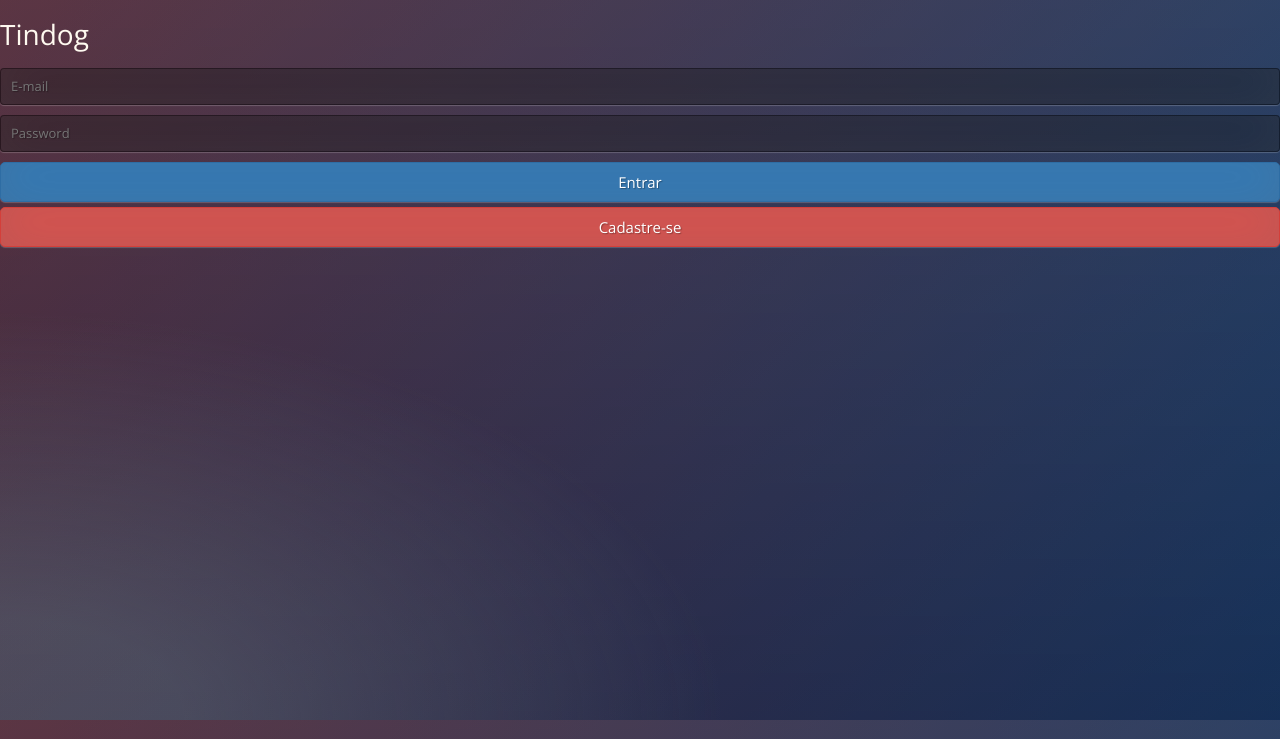
Repository: moises2112/Projetos
Page: http://localhost/Dog/LoginController.do?action=logar
These files come from the project's save history. The page is drawn as it stood at one moment and after the next save; the edit follows.
The browser window is 1280 px wide. The pictures show the whole page.
Some web libraries are served in a nearby version. The page is served by Tomcat 9.

Above is the page before, as saved 2017-06-13 23:44:06.

After the next save:
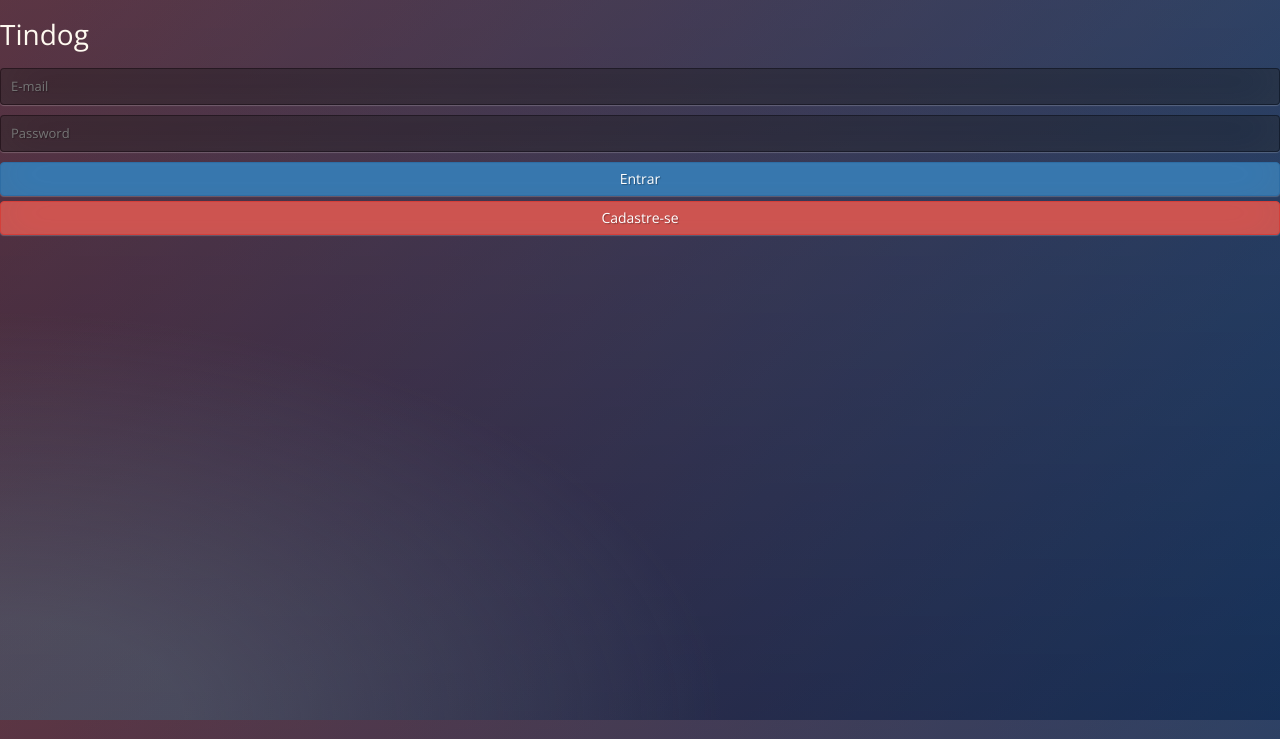
Saved 20 s later.
--- a/Dog/WebContent/login.jsp
+++ b/Dog/WebContent/login.jsp
@@ -20,19 +20,7 @@
 /* NOTE: The styles were added inline because Prefixfree needs access to your styles and they must be inlined if they are on local disk! */
 @import url(https://fonts.googleapis.com/css?family=Open+Sans);
 
-.btn-large {
-	padding: 9px 14px;
-	font-size: 15px;
-	line-height: normal;
-	-webkit-border-radius: 5px;
-	-moz-border-radius: 5px;
-	border-radius: 5px;
-}
 
-.btn-block {
-	width: 100%;
-	display: block;
-}
 
 * {
 	-webkit-box-sizing: border-box;
